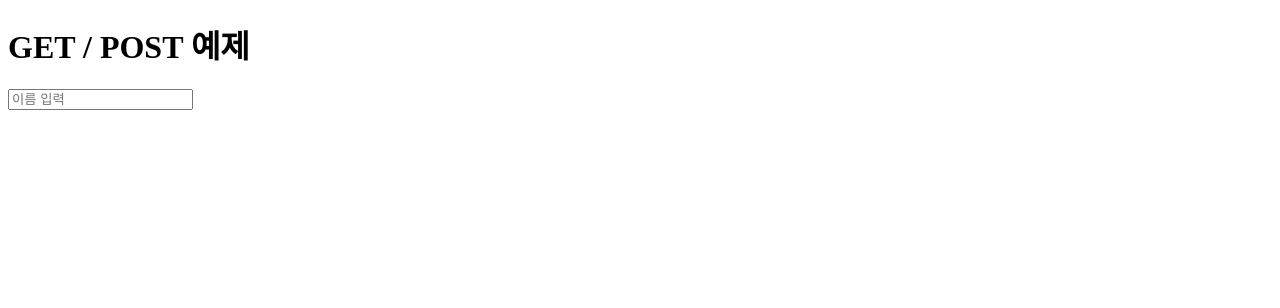
Repository: jijibaebaeeee/jsp-study
Page: http://localhost/day02/
These files come from the project's save history. The page is drawn as it stood at one moment and after the next save; the edit follows.
The browser window is 1280 px wide. The pictures show the whole page.
The page is served by Tomcat 9.

Above is the page before, as saved 2025-01-13 06:09:22.

After the next save:
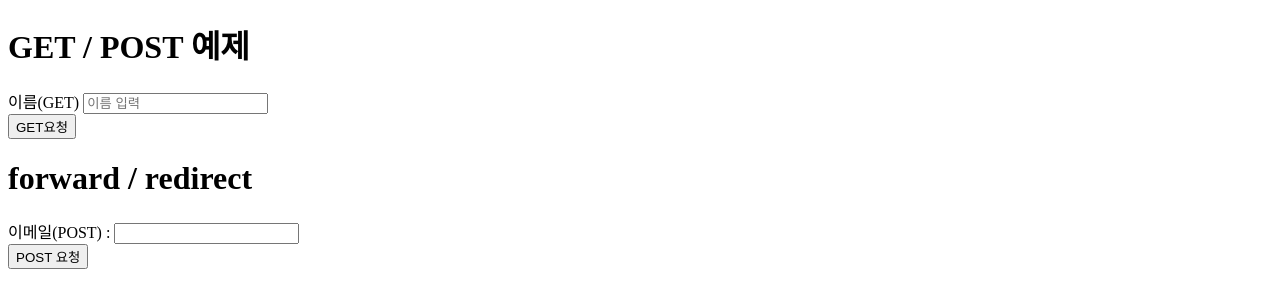
Saved 3 min 26 s later.
--- a/workspace/day02/src/main/webapp/index.jsp
+++ b/workspace/day02/src/main/webapp/index.jsp
@@ -8,8 +8,17 @@
 </head>
 <body>
 	<h1>GET / POST 예제</h1>
-	<form action="" method="">
-		<input type="text" name="userName" placeholder="이름 입력">
+	<form action="" method="get">
+		<label for="name">이름(GET)</label>
+		<input type="text" id= "name" name="userName" placeholder="이름 입력"><br> <!-- id를 name으로해야 label과 연동가능 -->
+		<button type="submit">GET요청</button>
+	</form>
+
+	<h1>forward / redirect</h1>
+	<form action="" method="post">
+		<label for="email">이메일(POST) : </label>
+		<input tpe="email" id="email" name="email"><br>
+		<button type="submit">POST 요청</button>
 	</form>
 </body>
 </html>
